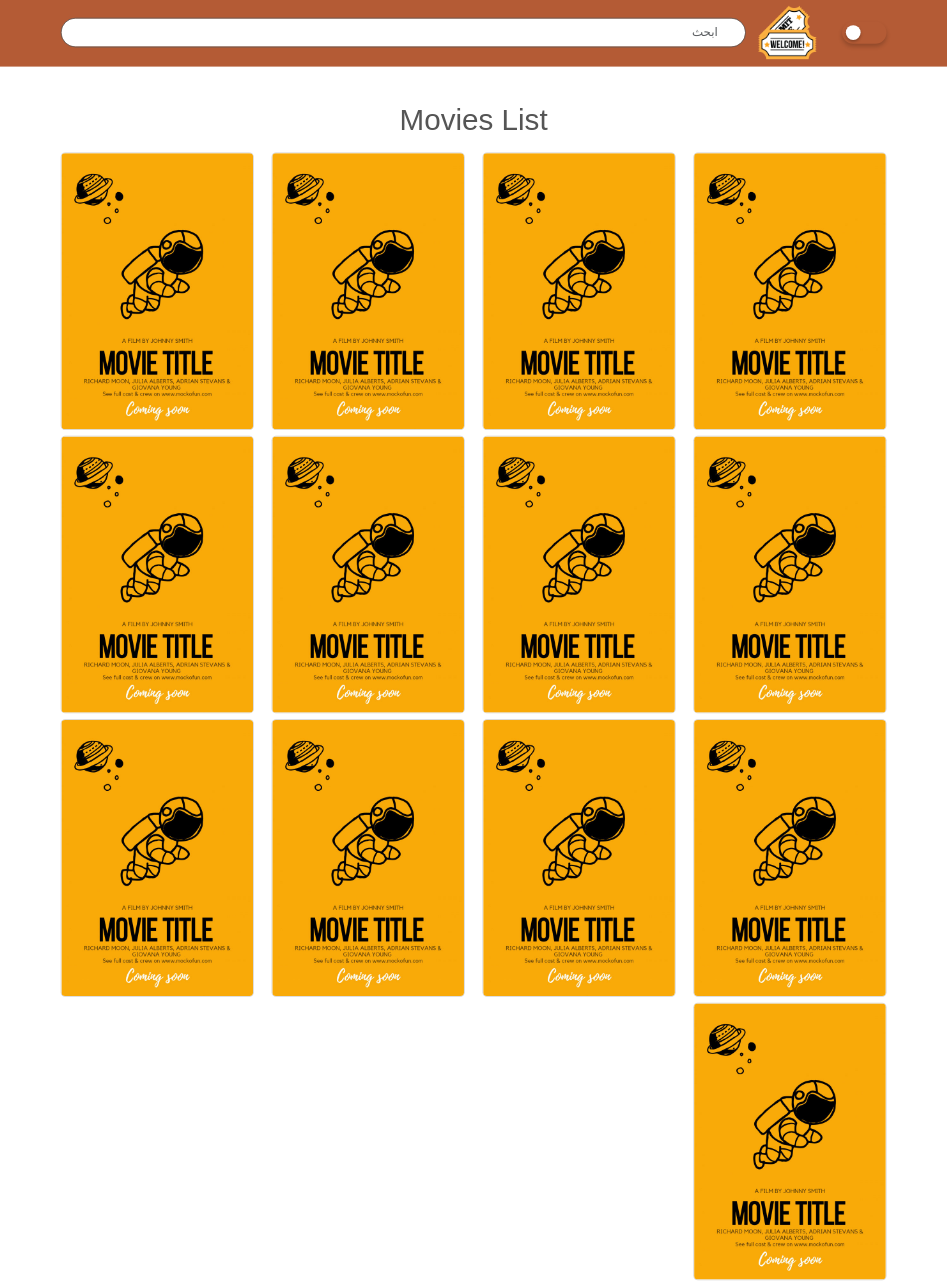
Repository: kerlos-alfy/Movie-List
Page: /
An editor plug-in stored every save of this project. The page is shown before and after the next save, followed by the edit.
The browser window is 1280 px wide. The pictures show the whole page, at 74% of full size.
The page's requests for data from a server got no answer. The project was rebuilt for these pictures with package versions that can differ from the ones it lists, and the page was loaded fresh each time. No one was signed in, and anything a server would have sent is missing. Also part of the build but not shown: vite.config.js, src/App.css.

Above is the page before, as saved 2025-01-16 01:26:13.

### index.html
<!DOCTYPE html>
<html lang="ar" dir="rtl">
	<head>
		<meta charset="UTF-8" />
		<link rel="icon" type="image/svg+xml" href="https://www.svgrepo.com/show/289436/movies-clapperboard.svg" />
		<link
			rel="stylesheet"
			href="https://cdn.jsdelivr.net/npm/bootstrap@5.3.3/dist/css/bootstrap.min.css"
			integrity="sha384-QWTKZyjpPEjISv5WaRU9OFeRpok6YctnYmDr5pNlyT2bRjXh0JMhjY6hW+ALEwIH"
			crossorigin="anonymous" />
		<meta name="viewport" content="width=device-width, initial-scale=1.0" />
		<title>Movies List</title>
	</head>
	<body>
		<div id="root"></div>
		<script type="module" src="/src/main.jsx"></script>
	</body>
</html>

### src/index.css
/* المتغيرات العامة */
:root {
	--background-color: white;
	--text-color: #555555;
	--primary-color: #b45b35;
	--card-background: #f8f8f8;
	--overlay-background: #393839;
}

/* الوضع الداكن */
.dark-mode {
	--background-color: #121212;
	--text-color: #f0f0f0;
	--primary-color: #ff6f61;
	--card-background: #1e1e1e;
	--overlay-background: #333333;
}

/* أنماط عامة */
body {
	margin: 0;
	background-color: var(--background-color);
	color: var(--text-color);
}

.color-body {
	background-color: var(--background-color);
	height: 100vh;
}

.nav-style {
	height: 90px;
	width: 1440px;
	background-color: var(--primary-color);
}

.logo {
	height: 72px;
	width: 78px;
}

.search {
	position: relative;
}

.search input {
	height: 40px;
	text-indent: 25px;
	border-radius: 20px;
	border: 1px solid var(--text-color);
	background-color: var(--background-color);
	color: var(--text-color);
}

.search input:focus {
	box-shadow: none;
	border: 2px solid var(--primary-color);
}

.search .fa-search {
	position: absolute;
	top: 12px;
	left: 16px;
	color: var(--text-color);
}

.card {
	position: relative;
	transition: all 0.5s ease-in;
	cursor: pointer;
	height: 375px;
}

.card__image {
	display: block;
	width: 100%;
	height: 100%;
	border-radius: 5px;
}

.card__overlay {
	position: absolute;
	top: 0;
	bottom: 0;
	left: 0;
	right: 0;
	height: 100%;
	width: 100%;
	opacity: 0;
	visibility: none;
	transition: 0.5s ease;
	background-color: var(--overlay-background);
}

.card:hover .card__overlay {
	opacity: 0.8;
}

.overlay__text {
	color: var(--text-color);
	font-size: 16px;
	font-weight: bold;
	position: absolute;
	top: 50%;
	left: 50%;
	-webkit-transform: translate(-50%, -50%);
	-ms-transform: translate(-50%, -50%);
	transform: translate(-50%, -50%);
}

.font {
	font-family: "Almarai", sans-serif;
	font-family: "Cairo", sans-serif;
}

.color {
	color: var(--primary-color);
	background-color: var(--primary-color);
}

.card-detalis {
	height: 370px;
	border-radius: 20px;
	background-color: var(--card-background);
}

.card-story {
	height: 300px;
	border-radius: 20px;
	background-color: var(--card-background);
}

.img-movie {
	height: 360px;
	padding: 10px;
	border-radius: 20px;
}

.card-text-details {
	color: var(--text-color);
	font-family: Almarai;
	font-size: 28px;
	font-weight: bold;
	letter-spacing: 0;
	line-height: 49px;
}

.card-text-story {
	color: var(--text-color);
	font-family: Almarai;
	font-size: 18px;
	letter-spacing: 0;
	line-height: 32px;
}

.card-text-title {
	color: var(--text-color);
	font-family: Almarai;
	font-size: 36px;
	font-weight: bold;
	letter-spacing: 0;
	line-height: 49px;
}

.toggle-btn {
	position: relative;
	width: 60px;
	height: 30px;
	background-color: var(--primary-color);
	border-radius: 15px;
	cursor: pointer;
	transition: background-color 0.3s ease-in-out;
	display: flex;
	align-items: center;
	padding: 5px;
	box-shadow: 0 4px 6px rgba(0, 0, 0, 0.2);
}

.toggle-btn::before {
	content: "";
	position: absolute;
	top: 50%;
	left: 5px;
	width: 20px;
	height: 20px;
	background-color: #fff;
	border-radius: 50%;
	transform: translateY(-50%);
	transition: all 0.3s ease-in-out;
	box-shadow: 0 2px 4px rgba(0, 0, 0, 0.3);
}

.toggle-btn.dark {
	background-color: #555;
}

.toggle-btn.dark::before {
	left: 35px;
}

.form-control {
	background-color: #f8f8f8;
}

### src/App.jsx
import "./App.css";
import { Container } from "react-bootstrap";
import NavBar from "./components/NavBar";
import MoviesList from "./components/MoviesList";
import axios from "axios";
function App() {
	const getAllMovies = async () => {
		const res = await axios.get("https://api.themoviedb.org/3/movie/popular?api_key=3ac2c05f95f92e69875f1b70453ca0cd&language=ar&page=1");
		console.log(res);
	};
	getAllMovies();
	return (
		<div className="font color-body">
			<NavBar />
			<Container>
				<h1 className="text-center mt-5">Movies List</h1>
				<MoviesList />
			</Container>
		</div>
	);
}

export default App;

### src/components/NavBar.jsx
import { Container, Row, Col } from "react-bootstrap";
import DarkModeToggle from "./DarkModeToggle";

function NavBar() {
	return (
		<div className="nav-style w-100">
			<Container>
				<Row className="pt-2">
					{/* زر الوضع الداكن */}
					<Col xs="2" lg="1" className="d-flex align-items-center">
						<DarkModeToggle />
					</Col>

					{/* الشعار */}
					<Col xs="2" lg="1" className="d-flex align-items-center">
						<a href="/">
							<img className="logo" src="logo.png" alt="Logo" />
						</a>
					</Col>

					{/* مربع البحث */}
					<Col xs="8" lg="10" className="d-flex align-items-center">
						<div className="search w-100">
							<i className="fa fa-search"></i>
							<input type="text" className="form-control" placeholder="ابحث" />
						</div>
					</Col>
				</Row>
			</Container>
		</div>
	);
}

export default NavBar;

### src/components/MoviesList.jsx
import { Row } from "react-bootstrap";
import CardMovie from "./CardMovie";
function MoviesList() {
	return (
		<Row className="mt-3">
			<CardMovie />
			<CardMovie />
			<CardMovie />
			<CardMovie />
			<CardMovie />
			<CardMovie />
			<CardMovie />
			<CardMovie />
			<CardMovie />
			<CardMovie />
			<CardMovie />
			<CardMovie />
			<CardMovie />
		</Row>
	);
}

export default MoviesList;

### src/components/DarkModeToggle.jsx
import { useState, useEffect } from "react";
function DarkModeToggle() {
	const [isDarkMode, setIsDarkMode] = useState(() => {
		return localStorage.getItem("dark-mode") === "true" || false;
	});

	useEffect(() => {
		if (isDarkMode) {
			document.body.classList.add("dark-mode");
		} else {
			document.body.classList.remove("dark-mode");
		}
		localStorage.setItem("dark-mode", isDarkMode);
	}, [isDarkMode]);

	return <div className={`toggle-btn ${isDarkMode ? "dark" : ""}`} onClick={() => setIsDarkMode(!isDarkMode)}></div>;
}

export default DarkModeToggle;

### src/components/CardMovie.jsx
import { Col } from "react-bootstrap";

function CardMovie() {
	return (
		<Col xs="6" sm="6" md="4" lg="3" className="my-1">
			<div className="card">
				<img className="card__image" src="prof.jpg" alt="hu" />
				<div className="card__overlay">
					<div className="overlay__text text-center w-100 p-2">
						<p>اسم الفيلم : </p>
						<p>تاريخ الاصدار:</p>
						<p>عدد المقيمين: </p>
						<p>التقييم: </p>
					</div>
				</div>
			</div>
		</Col>
	);
}

export default CardMovie;

Loaded but not shown: src/main.jsx (common file)

After the next save:
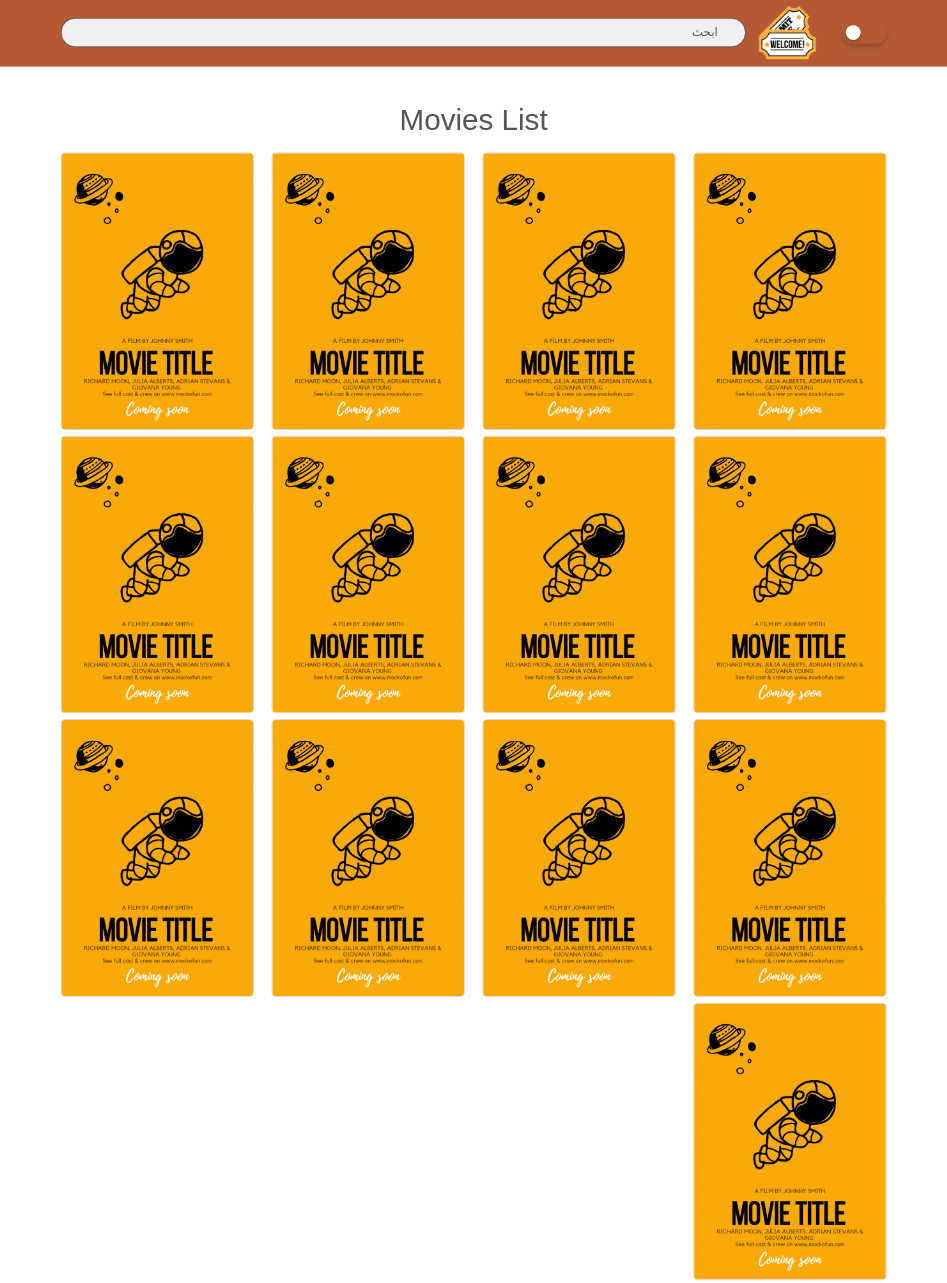
Saved 30 s later.
--- a/src/index.css
+++ b/src/index.css
@@ -48,7 +48,7 @@ body {
 	text-indent: 25px;
 	border-radius: 20px;
 	border: 1px solid var(--text-color);
-	background-color: var(--background-color);
+	background-color: #f0f0f0;
 	color: var(--text-color);
 }
 
@@ -198,6 +198,6 @@ body {
 	left: 35px;
 }
 
-.form-control {
+. {
 	background-color: #f8f8f8;
 }
